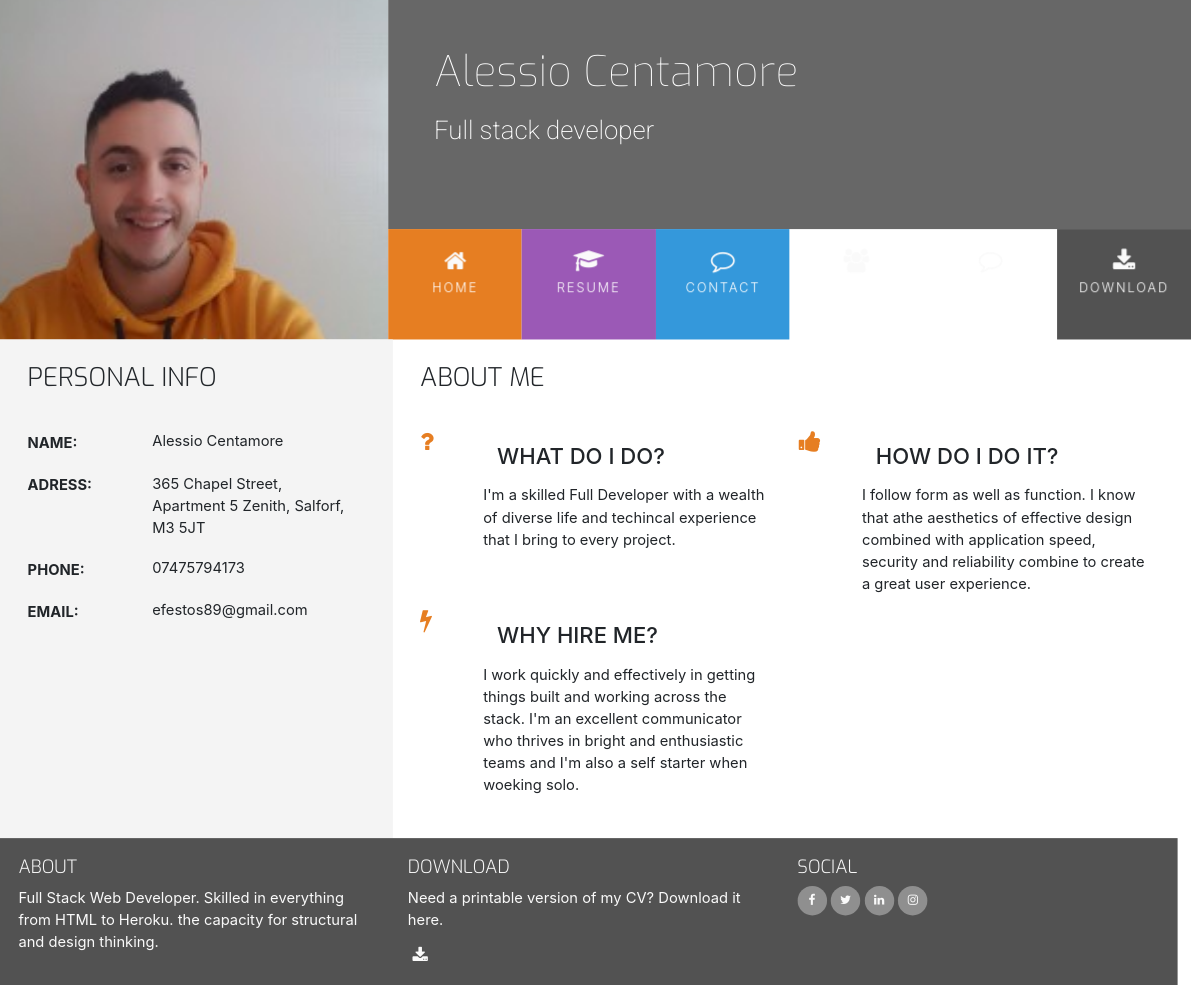
Repository: Baal89/Resume
Page: github.html
The author's editor kept a record of every edit. The page is drawn from the files as they stood at one moment, then again after the next edit.
The browser window is 1280 px wide. The page is 1295 px wide, so the pictures cover 1295 px, including what lies to the right of the window. The pictures show the whole page, at 92% of full size.

Above is the page before.

### github.html
<!DOCTYPE html>
<html lang="en">

<head>
    <meta charset="UTF-8">
    <meta name="viewport" content="width=device-width, initial-scale=1.0">
    <meta http-equiv="X-UA-Compatible" content="ie=edge">
    <link rel="stylesheet" href="https://stackpath.bootstrapcdn.com/bootstrap/4.4.1/css/bootstrap.min.css" integrity="sha384-Vkoo8x4CGsO3+Hhxv8T/Q5PaXtkKtu6ug5TOeNV6gBiFeWPGFN9MuhOf23Q9Ifjh" crossorigin="anonymous">
    <link href="https://stackpath.bootstrapcdn.com/font-awesome/4.7.0/css/font-awesome.min.css" rel="stylesheet" integrity="sha384-wvfXpqpZZVQGK6TAh5PVlGOfQNHSoD2xbE+QkPxCAFlNEevoEH3Sl0sibVcOQVnN" crossorigin="anonymous">
    <link rel="stylesheet" href="https://cdnjs.cloudflare.com/ajax/libs/hover.css/2.3.1/css/hover-min.css" type="text/css" />
    <link rel="stylesheet" href="assets/css/style.css" type="text/css" />
    <title>Alessio</title>
</head>

<body>

    <header>
        <div class="row">
            <a href="index.html" class="col-md-4 logo px-0">

            </a>
            <div class="col-md-8">
                <div class="row bg-color-name-title">
                    <div class="col heading px-0">
                        <h1 class="name">Alessio Centamore</h1>
                        <h2 class="title">Full stack developer</h2>
                    </div>
                </div>
                <div class="row">
                    <div class="col px-0">
                        <ul id="nav" class="list-inline menu-container">
                            <li class="col-6 col-sm-2 ui-menu-color-home list-inline-item menuitem">
                                <a href="index.html" class="hvr-sweep-to-bottom"><i class="fa fa-home" aria-hidden="true"></i><span>Home</span></a>
                            </li>
                            <li class="col-6 col-sm-2 ui-menu-color-resume list-inline-item menuitem">
                                <a href="resume.html" class="hvr-sweep-to-bottom"><i class="fa fa-graduation-cap" aria-hidden="true"></i><span>Resume</span></a>
                            </li>
                            <li class="col-6 col-sm-2 ui-menu-color-contact list-inline-item menuitem">
                                <a href="contact.html" class="hvr-sweep-to-bottom"><i class="fa fa-comment-o" aria-hidden="true"></i><span>Contact</span></a>
                            </li>
                            <li class="col-6 col-sm-2 ui-menu-color-interests list-inline-item menuitem">
                                <a href="interests.html" class="hvr-sweep-to-bottom"><i class="fa fa-users" aria-hidden="true"></i><span>Interests</span></a>
                            </li>
                            <li class="col-6 col-sm-2 ui-menu-color-github list-inline-item menuitem">
                                <a href="github.html" class="hvr-sweep-to-bottom"><i class="fa fa-comment-o" aria-hidden="true"></i><span>GitHub</span></a>
                            </li>
                            <li class="col-6 col-sm-2 ui-menu-color-download list-inline-item menuitem">
                                <a href="assets/cv/Alessio-Centamore-C.V.pdf" target="_blank" class="hvr-sweep-to-bottom"><i class="fa fa-download" aria-hidden="true"></i><span>Download</span></a>
                            </li>
                        </ul>
                    </div>
                </div>
            </div>
        </div>
    </header>

    <section class="container-fluid">
        <div class="row">
            <div class="col-md-4 bg-color-personal-info section-column">
                <div class="row">
                    <div class="col-12">
                        <h3 class="section-heading uppercase">Personal info</h3>
                    </div>
                </div>
                <div class="personal-info-item">
                    <div class="key">
                        <p class="uppercase">
                            Name:
                        </p>
                    </div>
                    <div class="value">
                        <p>
                            Alessio Centamore
                        </p>
                    </div>
                </div>
                <div class="personal-info-item">
                    <div class="key">
                        <p class="uppercase">
                            Adress:
                        </p>
                    </div>
                    <div class="value">
                        <p>
                            365 Chapel Street, Apartment 5 Zenith, Salforf, M3 5JT
                        </p>
                    </div>
                </div>
                <div class="personal-info-item">
                    <div class="key">
                        <p class="uppercase">
                            Phone:
                        </p>
                    </div>
                    <div class="value">
                        <p>
                            07475794173
                        </p>
                    </div>
                </div>
                <div class="personal-info-item">
                    <div class="key">
                        <p class="uppercase">
                            Email:
                        </p>
                    </div>
                    <div class="value">
                        <p>
                            efestos89@gmail.com
                        </p>
                    </div>
                </div>
            </div>
            <div class="col-md-8 color-three-reasons section-column">
                <div class="row">
                    <div class="col">
                        <h3 class="section-heading uppercase">about me</h3>
                    </div>
                </div>
                <div class="row">
                    <div class="col-10 offset-1 offset-sm-0 col-sm-4 col-md-6">
                        <div class="row">
                            <div class="col-2">
                                <i class="three-resons-icon fa fa-question" aria-hidden="true"></i>
                            </div>
                            <div class="col-10">
                                <h4 class="three-reasons-heading uppercase">What do I do?</h4>
                                <p>I'm a skilled Full Developer with a wealth of diverse life and
                                techincal experience that I bring to every project.</p>
                            </div>
                        </div>
                    </div>
                    <div class="col-10 offset-1 offset-sm-0 col-sm-4 col-md-6">
                        <div class="row">
                            <div class="col-2">
                                <i class="three-resons-icon fa fa-thumbs-up" aria-hidden="true"></i>
                            </div>
                            <div class="col-10">
                                <h4 class="three-reasons-heading uppercase">How do I do it?</h4>
                                <p>I follow form as well as function. I know that athe aesthetics of effective
                                design combined with application speed, security and reliability combine to
                                create a great user experience.</p>
                            </div>
                        </div>
                    </div>
                    <div class="col-10 offset-1 offset-sm-0 col-sm-4 col-md-6">
                        <div class="row">
                            <div class="col-2">
                                <i class="three-resons-icon fa fa-bolt" aria-hidden="true"></i>
                            </div>
                            <div class="col-10">
                                <h4 class="three-reasons-heading uppercase">Why hire me?</h4>
                                <p>I work quickly and effectively in getting things built and working across the stack. I'm an excellent
                                communicator who thrives in bright and enthusiastic teams and I'm also a self starter when woeking solo.</p>
                            </div>
                        </div>
                    </div>
                </div>
            </div>
        </div>
    </section>

    <footer class="container-fluid" id="footer-details">
        <div class="row">
            <div class="col-sm-4">
                <h5 class="uppercase general-sub">About</h5>
                <p class="inline-block">Full Stack Web Developer. Skilled in everything from HTML to Heroku. the capacity for structural and design thinking.</p>
            </div>
            <div class="col-sm-4">
                <h5 class="uppercase general-sub">Download</h5>
                <p class="inline-block">Need a printable version of my CV? Download it here.</p>
                <a href="assets/cv/Alessio-Centamore-C.V.pdf" target="_blank" target="_blank" class="cv-pdf">
                    <i class="fa fa-download" aria-hidden="true"></i>
                    <span class="sr-only">Download link.</span>
                </a>
            </div>
            <div class="col-sm-4">
                <h5 class="uppercase general-sub">Social</h5>
                <ul class="list-inline social-links">
                    <li class="list-inline-item">
                        <a target="_blank" href="#">
                            <i class="fa fa-facebook" aria-hidden="true"></i>
                            <span class="sr-only">Facebook</span>
                        </a>
                    </li>
                     <li class="list-inline-item">
                        <a target="_blank" href="#">
                            <i class="fa fa-twitter" aria-hidden="true"></i>
                            <span class="sr-only">Twitter</span>
                        </a>
                    </li>
                     <li class="list-inline-item">
                        <a target="_blank" href="#">
                            <i class="fa fa-linkedin" aria-hidden="true"></i>
                            <span class="sr-only">Linkedin</span>
                        </a>
                    </li>
                     <li class="list-inline-item">
                        <a target="_blank" href="#">
                            <i class="fa fa-instagram" aria-hidden="true"></i>
                            <span class="sr-only">Instagram</span>
                        </a>
                    </li>
                </ul>
            </div>
        </div>
    </footer>

</body>

</html>

### assets/css/style.css
@import url('https://fonts.googleapis.com/css?family=Roboto:100,200,300,400,500,600,700|Exo:100,200,300,400,500,600,700&display=swap');


/*-----------------------------------------------------------------Colors */

.bg-color-name-title {
    background-color: #676767;
}

.bg-color-three-resons {
    background-color: #fff;
}

.bg-color-personal-info {
    background-color: #f4f4f4
}

.bg-color-personal-work-history {
    background-color: #9b59b6;
}

.bg-color-contact {
    background-color: #fff;
}

.ui-menu-color-home {
    background-color: #e67e22;
}

.ui-menu-color-resume {
    background-color: #9b59b6;
}

.ui-menu-color-contact {
    background-color: #3498db;
}

.ui-menu-color-download {
    background-color: #525252;
}

/* ---------------------------------------------------------------Special padding/margins/text */

h1,
h2,
h3,
h4 {
    margin: 0;
}

.uppercase {
    text-transform: uppercase;
}

.general-sub {
    font-family: "Exo", sans-serif;
    font-weight: 300;
    color: #fafafa;
}

.inline-block {
    display: inline-block;
}

.row-table {
    display: table;
}

.section-column {
    display: table-cell;
    padding: 0 30px 30px;
    float: none;
}

.section-heading,
.history-heading {
    font-family: "Exo", sans-serif;
    font-weight: 300;
    margin-top: 25px;
    margin-bottom: 40px;
}

/* ---------------------------------------------------------------Heading */

header {
    margin: 0;
}

.heading {
    margin-left: 50px;
}

.logo {
    background-image: url("../img/Alessio.jpg");
    background-position: center;
    background-repeat: no-repeat;
    background-size: cover;
    min-height: 360px;
    transition: all .5s ease-in-out;
    -moz-transition: all .5s ease-in-out;
    -webkit-transition: all .5s ease-in-out;
}

.name {
    font-family: Exo, sans-serif;
    font-weight: 100;
    font-size: 46px;
    margin-top: 50px;
    color: #ffffff;
}

.title {
    font-family: Roboto, sans-serif;
    font-weight: 200;
    font-size: 28px;
    margin-top: 20px;
    margin-bottom: 90px;
    color: #ffffff;
}

.list-inline-item:not(:last-child) {
    margin-right: 0 !important;
}

.menu-container {
    font-size: 0;
}

#nav li {
    font-size: 14px;
    padding: 0;
}

.menuitem {
    height: 120px;
    text-align: center;
    padding: 0;
}

.menuitem a {
    width: 100%;
    text-decoration: none;
    color: #fff;
    height: 120px;
}

.menuitem i {
    padding-top: 22px;
    display: block;
    color: #fafafa;
    font-size: 26px;
}

.menuitem span {
    display: block;
    width: 100%;
    padding-top: 5px;
    text-align: center;
    text-transform: uppercase;
    font-size: 14px;
    font-weight: 300;
    letter-spacing: 2px;
}

#nav {
    margin: 0;
}

/* ---------------------------------------------------------------Hover */

.hvr-sweep-to-bottom:before {
    background-color: rgba(0,0,0, 0.2);
    height: 120px;
}

/* --------------------------------------------------------------Footer */

footer {
    background-color: #525252;
    color: #fafafa;
    min-height: 120px;
    margin: 0;
}

.cv-pdf i {
    font-size: 18px;
    color: #fafafa;
    text-align: center;
    padding-left: 5px;
    transition: all 0.35s ease-in-out;
    -moz-0transition: all 0.35s ease-in-out;
    -webkit-transition: all 0.35s ease-in-out;
    -o-transition: all 0.35s ease-in-out;
}

.cv-pdf i:hover {
    color: #e84610;
}

.social-links {
    padding-bottom: 15px;
}

.social-links li a i {
    width: 32px;
    height: 32px;
    padding: 12px 0;
    border-radius: 50%;
    font-size: 13px;
    line-height: 7px;
    text-align: center;
    color: #fafafa;
    background-color: #8f8f8f;
    transition: all 0.35s ease-in-out;
    -moz-0transition: all 0.35s ease-in-out;
    -webkit-transition: all 0.35s ease-in-out;
    -o-transition: all 0.35s ease-in-out;
}

.social-links li a i:hover {
    background-color: #e84610;
}

#footer-details {
    padding: 20px;
}

/* --------------------------------------------------------------three reasons */


.three-resons-icon {
    font-size: 26px;
    color: #e67e22;
}

.three-reasons-heading {
    margin: 15px;
}

/* --------------------------------------------------------------Personal info*/

.personal-info-item {
    margin-bottom: 20px;
    display: block;
    clear: both;
}

.personal-info-item .key,
.personal-info-item .value {
    padding-right: 8px;
    display: inline-block;
}

.personal-info-item .key p,
.personal-info-item .value p {
    margin: 0;
}

.personal-info-item .key {
    width: 30%;
    margin-right: 21px;
    padding-top: 2px;
    vertical-align: top;
}

.personal-info-item .key p {
    font-weight: 700;
}

.personal-info-item .value {
    position: relative;
    width: 60%;
}

/* --------------------------------------------------------------skills */

.progress {
    position: relative;
    height: 25px;
    margin-bottom: 4px;
}

.progress-type {
    position: absolute;
    left: 0px;
    font-weight: 400;
    padding: 3px 30px 2px 10px;
    color: #fafafa;
    background-color: rgba(25, 25, 25, 0.2);
}

.progress-section {
    margin: 40px 20px;
}

/* ---------------------------------------------------------------work history */

.history-heading {
    color: #fafafa;
    margin-bottom: 50px;
}

.timeline-item {
    padding: 4em 2em 0em 2em;
    position: relative;
    color: #fafafa;
    border-left: 1px solid;
}

.timeline-item p {
    padding: 0;
    margin: 0;
}

.timeline-item:before {
    content: attr(data-dates);
    position: absolute;
    left: 2.5em;
    top: 3em;
    display: block;
    font-family: "Exo" , sans-serif;
    font-weight: 500;
    font-size: 0.8em;
    padding: 0;
    margin: 0;
}

.timeline-item:after {
    width: 12px;
    height: 12px;
    display: block;
    top: 2.4em;
    position: absolute;
    left: -6px;
    border-radius: 12px;
    content: "";
    background-color: #fafafa;
}

.history-item {
    margin-bottom: 30px;
}

/* ---------------------------------------------------------------Contact form */

.contact-heading {
    font-family: "Exo", sans-serif;
    font-weight: 300;
    margin-top: 25px;
    margin-bottom: 20px;
}

.center-form {
    padding-top: 10px;
    margin: 0 auto;
    max-width: 70%;
}

button[type="submit"] {

}

After the next edit:
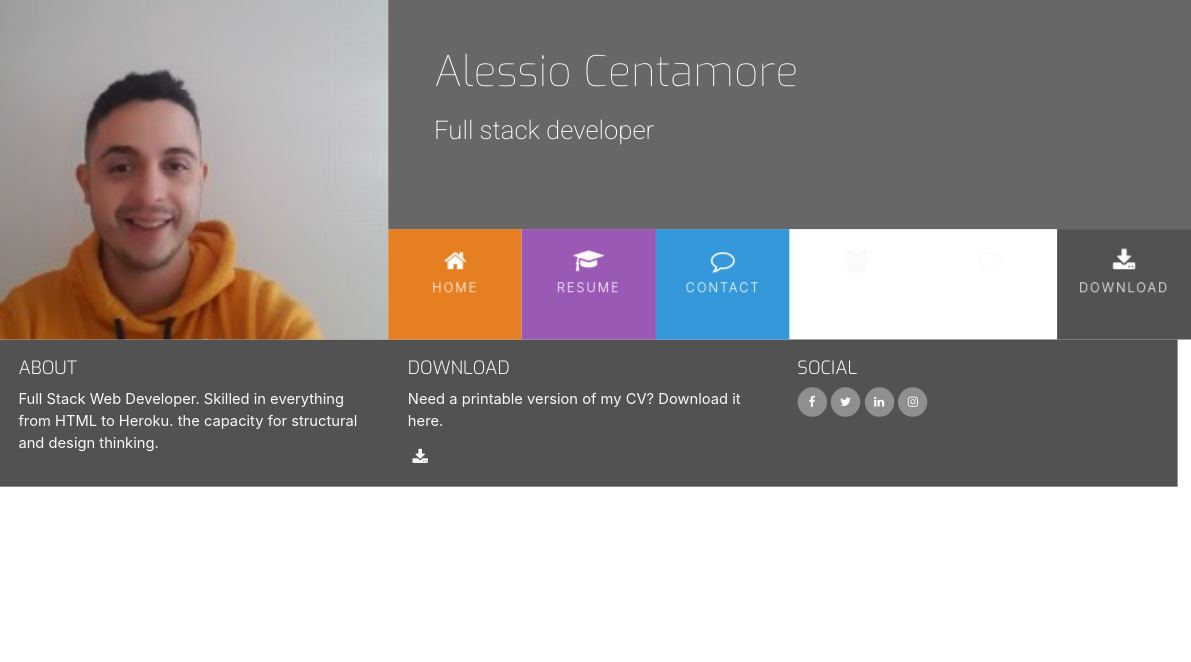
The edit:
--- a/github.html
+++ b/github.html
@@ -54,111 +54,7 @@
         </div>
     </header>
 
-    <section class="container-fluid">
-        <div class="row">
-            <div class="col-md-4 bg-color-personal-info section-column">
-                <div class="row">
-                    <div class="col-12">
-                        <h3 class="section-heading uppercase">Personal info</h3>
-                    </div>
-                </div>
-                <div class="personal-info-item">
-                    <div class="key">
-                        <p class="uppercase">
-                            Name:
-                        </p>
-                    </div>
-                    <div class="value">
-                        <p>
-                            Alessio Centamore
-                        </p>
-                    </div>
-                </div>
-                <div class="personal-info-item">
-                    <div class="key">
-                        <p class="uppercase">
-                            Adress:
-                        </p>
-                    </div>
-                    <div class="value">
-                        <p>
-                            365 Chapel Street, Apartment 5 Zenith, Salforf, M3 5JT
-                        </p>
-                    </div>
-                </div>
-                <div class="personal-info-item">
-                    <div class="key">
-                        <p class="uppercase">
-                            Phone:
-                        </p>
-                    </div>
-                    <div class="value">
-                        <p>
-                            07475794173
-                        </p>
-                    </div>
-                </div>
-                <div class="personal-info-item">
-                    <div class="key">
-                        <p class="uppercase">
-                            Email:
-                        </p>
-                    </div>
-                    <div class="value">
-                        <p>
-                            efestos89@gmail.com
-                        </p>
-                    </div>
-                </div>
-            </div>
-            <div class="col-md-8 color-three-reasons section-column">
-                <div class="row">
-                    <div class="col">
-                        <h3 class="section-heading uppercase">about me</h3>
-                    </div>
-                </div>
-                <div class="row">
-                    <div class="col-10 offset-1 offset-sm-0 col-sm-4 col-md-6">
-                        <div class="row">
-                            <div class="col-2">
-                                <i class="three-resons-icon fa fa-question" aria-hidden="true"></i>
-                            </div>
-                            <div class="col-10">
-                                <h4 class="three-reasons-heading uppercase">What do I do?</h4>
-                                <p>I'm a skilled Full Developer with a wealth of diverse life and
-                                techincal experience that I bring to every project.</p>
-                            </div>
-                        </div>
-                    </div>
-                    <div class="col-10 offset-1 offset-sm-0 col-sm-4 col-md-6">
-                        <div class="row">
-                            <div class="col-2">
-                                <i class="three-resons-icon fa fa-thumbs-up" aria-hidden="true"></i>
-                            </div>
-                            <div class="col-10">
-                                <h4 class="three-reasons-heading uppercase">How do I do it?</h4>
-                                <p>I follow form as well as function. I know that athe aesthetics of effective
-                                design combined with application speed, security and reliability combine to
-                                create a great user experience.</p>
-                            </div>
-                        </div>
-                    </div>
-                    <div class="col-10 offset-1 offset-sm-0 col-sm-4 col-md-6">
-                        <div class="row">
-                            <div class="col-2">
-                                <i class="three-resons-icon fa fa-bolt" aria-hidden="true"></i>
-                            </div>
-                            <div class="col-10">
-                                <h4 class="three-reasons-heading uppercase">Why hire me?</h4>
-                                <p>I work quickly and effectively in getting things built and working across the stack. I'm an excellent
-                                communicator who thrives in bright and enthusiastic teams and I'm also a self starter when woeking solo.</p>
-                            </div>
-                        </div>
-                    </div>
-                </div>
-            </div>
-        </div>
-    </section>
+
 
     <footer class="container-fluid" id="footer-details">
         <div class="row">
